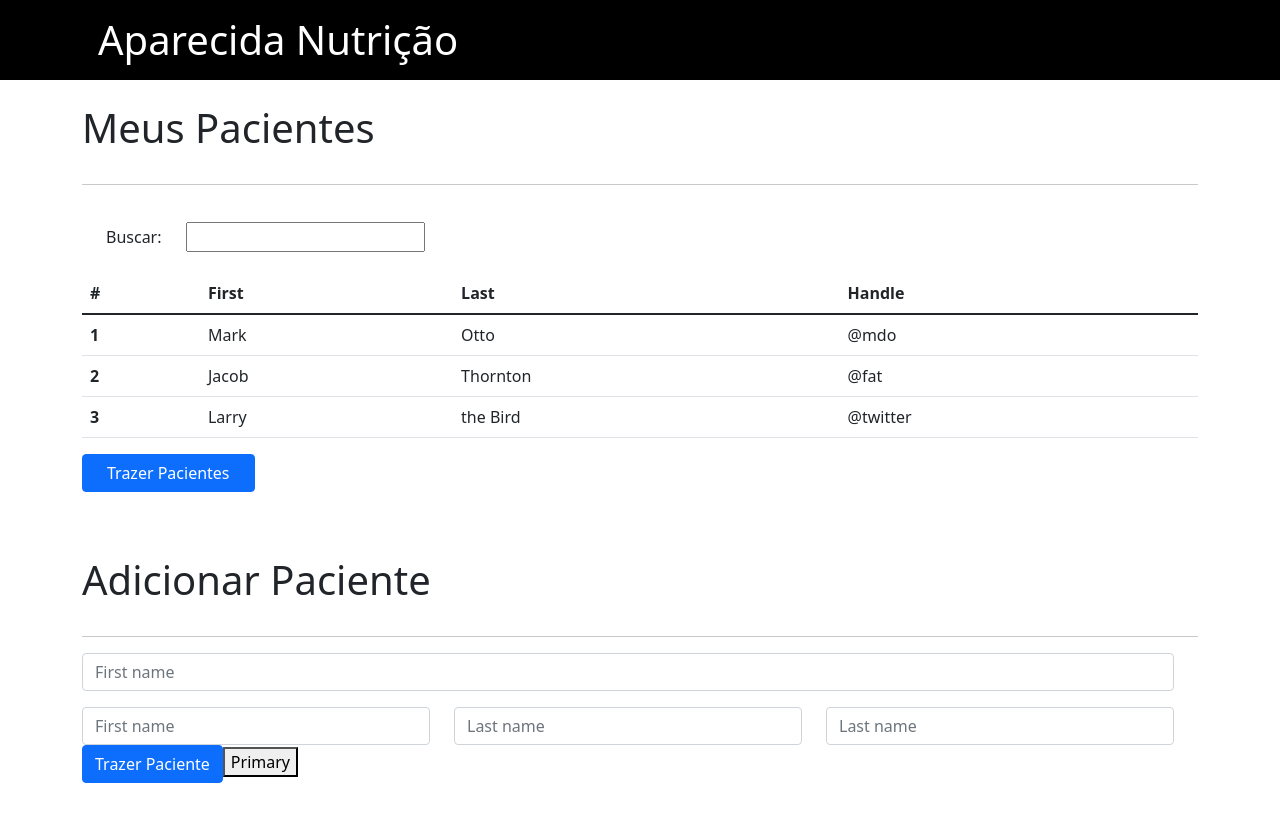
Repository: eversonps/app-paciente
Page: / (app in frontend/)
An editor plug-in stored every save of this project. The page is shown before and after the next save, followed by the edit.
The browser window is 1280 px wide. The pictures show the whole page.
The project was rebuilt for these pictures with package versions that can differ from the ones it lists, and the page was loaded fresh each time.

Above is the page before, as saved 2022-03-28 14:40:04.

### frontend/src/index.js
import React from 'react';
import ReactDOM from 'react-dom';
import './index.css';
import App from './App';
import  '../node_modules/bootstrap/dist/css/bootstrap.min.css'

ReactDOM.render(
    <App />,
    document.getElementById('root')
);

### frontend/src/App.jsx
import Header from "./components/Header";
import MyPacients from "./components/MyPacients";
import Main from "./components/Main"
import AddPacient from "./components/AddPacient";

function App() {
  return (
    <div className="App">
        <Header></Header>
        <Main>
            <MyPacients></MyPacients>
            <AddPacient></AddPacient>
        </Main>
    </div>
  );
}

export default App;

### frontend/src/components/Header.jsx
import React from "react";

export default props => {
    return (
        <header className="bg-black">
            <div className="container">
                <h1 className="text-white p-3">Aparecida Nutrição</h1>
            </div>
        </header>
    )
}

### frontend/src/components/MyPacients.jsx
import React from "react";
import FilterPacients from "../Templates/FilterPacients";
import Table from "../Templates/Table";
import Title from "../Templates/Title";

export default props => (
    <div>
        <Title name="Meus Pacientes"></Title>

        <FilterPacients></FilterPacients>
        <Table></Table>
    </div>
)

### frontend/src/components/Main.jsx
import React from "react";

export default props => (
    <main className="container">
        {props.children}
    </main>
)

### frontend/src/components/AddPacient.jsx
import React from "react";
import FormPacients from "../Templates/FormPacients";
import Title from "../Templates/Title"
import Button from "../Templates/Button";

export default props => (
    <div className="py-5">
        <Title name="Adicionar Paciente"></Title>
        <FormPacients></FormPacients>
        <Button type="primary" name="Trazer Paciente"></Button>
        <button>Primary</button>
    </div>
)

### frontend/src/Templates/FilterPacients.jsx
import React from "react";

export default props => (
    <div>
        <label className="m-4">Buscar: </label>
        <input type="text" />
    </div>
)

### frontend/src/Templates/Table.jsx
import React from "react";

export default props => (
    <div>
        <table class="table">
        <thead class="thead-dark">
            <tr>
            <th scope="col">#</th>
            <th scope="col">First</th>
            <th scope="col">Last</th>
            <th scope="col">Handle</th>
            </tr>
        </thead>
        <tbody>
            <tr>
            <th scope="row">1</th>
            <td>Mark</td>
            <td>Otto</td>
            <td>@mdo</td>
            </tr>
            <tr>
            <th scope="row">2</th>
            <td>Jacob</td>
            <td>Thornton</td>
            <td>@fat</td>
            </tr>
            <tr>
            <th scope="row">3</th>
            <td>Larry</td>
            <td>the Bird</td>
            <td>@twitter</td>
            </tr>
            </tbody>
        </table>
        <a class="btn btn-primary px-4" href="#" role="button">Trazer Pacientes</a>
    </div>

)

### frontend/src/Templates/Title.jsx
import React from "react";

export default props => (
    <div>
        <h1 className="pt-3 py-3">{props.name}</h1>
        <hr />
    </div>
)

### frontend/src/Templates/FormPacients.jsx
import React from "react";

export default props => (
    <form>
        <div className="row">
            <div className="row mb-3">
                <div className="col">
                    <input type="text" className="form-control" placeholder="First name" />
                </div>
            </div>
            <div className="row">
                <div className="col">
                    <input type="text" className="form-control" placeholder="First name" />
                </div>
                <div className="col">
                    <input type="text" className="form-control" placeholder="Last name" />
                </div>
                <div className="col">
                    <input type="text" className="form-control" placeholder="Last name" />
                </div>
            </div>
        </div>
    </form>
)

### frontend/src/Templates/Button.jsx
import React from "react";

export default props => (
    <button type="button" class={`btn btn-${props.type}`}>{props.name}</button>
)

Loaded but not shown: frontend/public/index.html (common file); frontend/src/index.css (common file)

After the next save:
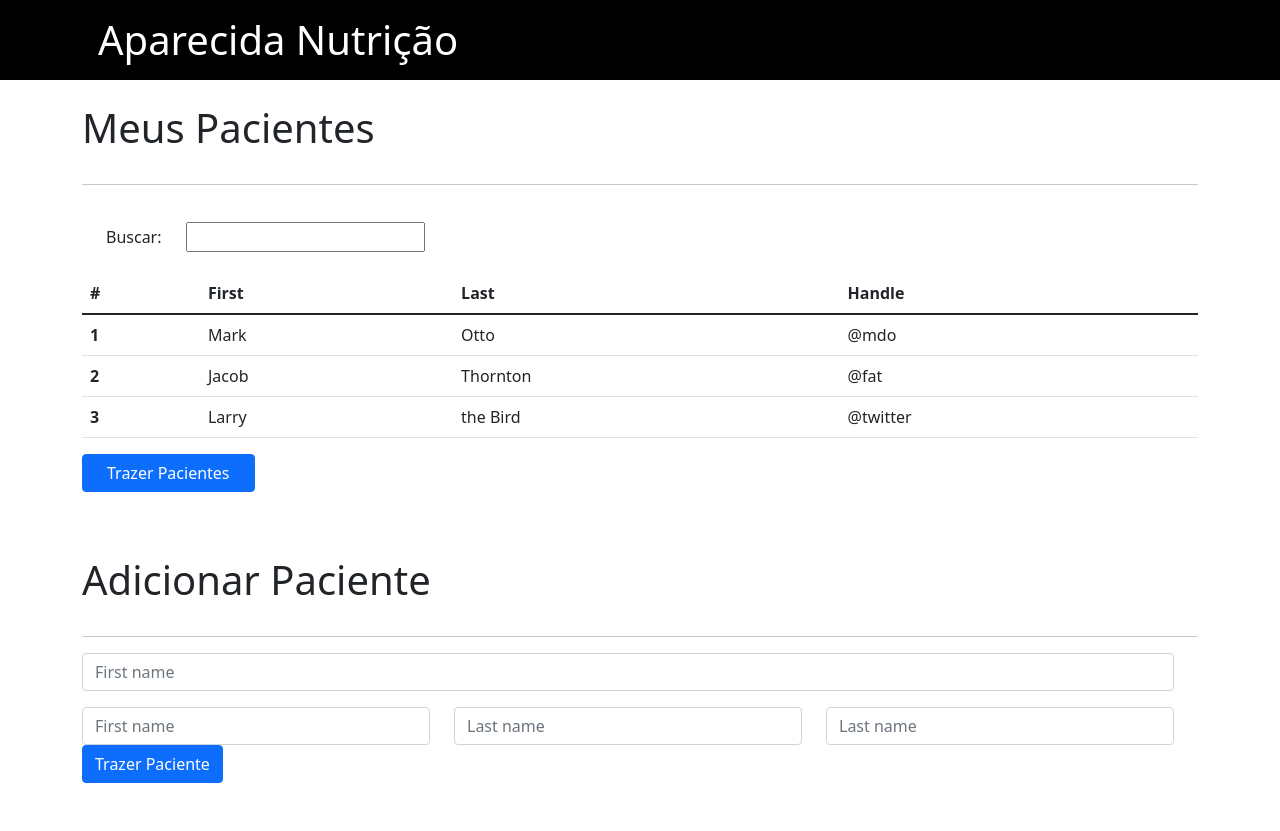
Saved 11 s later.
--- a/frontend/src/components/AddPacient.jsx
+++ b/frontend/src/components/AddPacient.jsx
@@ -8,6 +8,5 @@ export default props => (
         <Title name="Adicionar Paciente"></Title>
         <FormPacients></FormPacients>
         <Button type="primary" name="Trazer Paciente"></Button>
-        <button>Primary</button>
     </div>
 )
